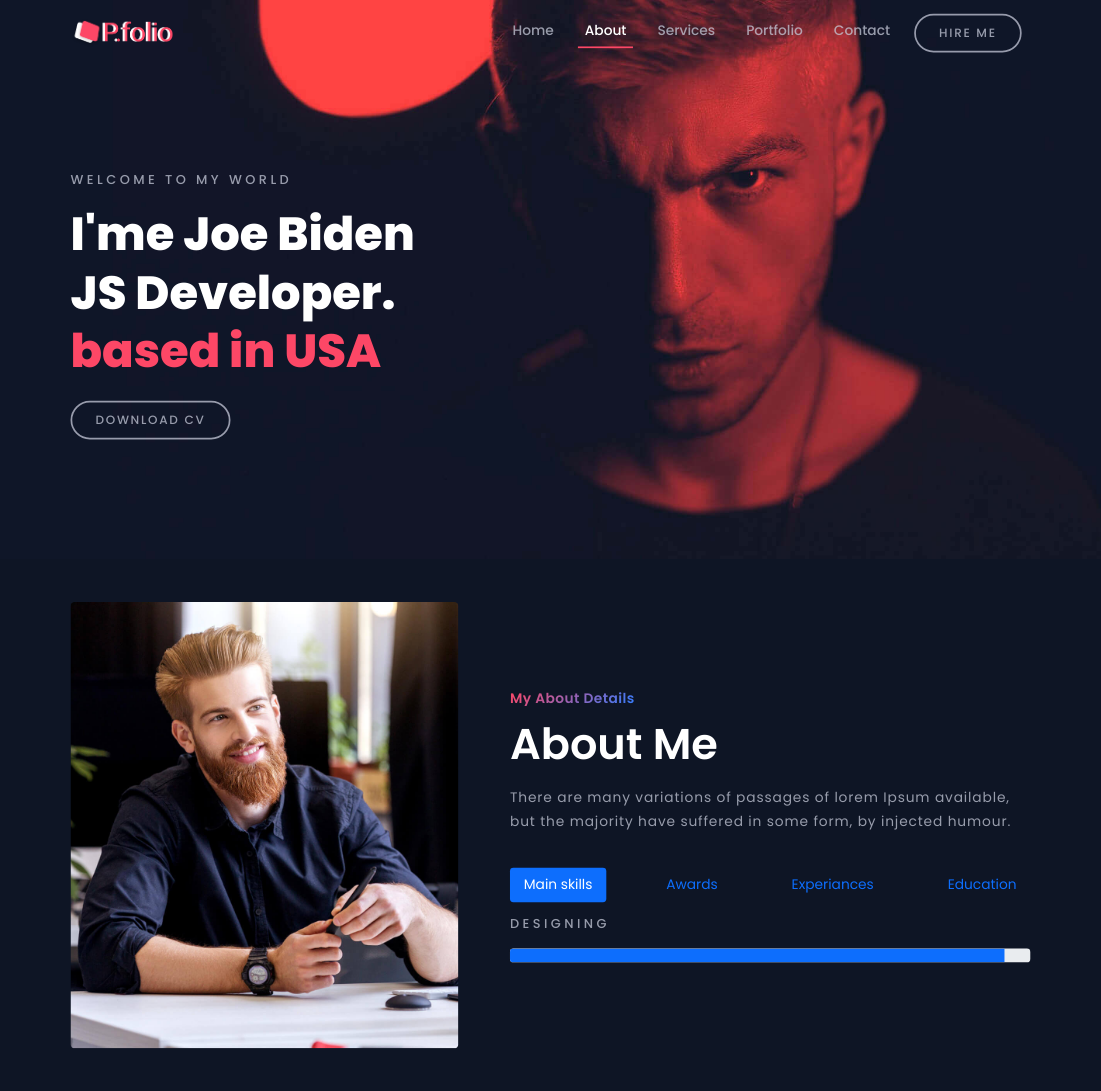
Repository: wadelfadill/Bootstrap_tache_3_responsive_portfolio
Page: index.html
An editor plug-in stored every save of this project. The page is shown before and after the next save, followed by the edit.
The browser window is 1280 px wide. The pictures show the whole page, at 86% of full size.
Backgrounds fixed to the window are drawn as part of the page. Some web libraries are served in a nearby version.

Above is the page before, as saved 2023-04-11 10:03:24.

### index.html
<!DOCTYPE html>
<html lang="en">
<head>
    <meta charset="UTF-8">
    <meta http-equiv="X-UA-Compatible" content="IE=edge">
    <meta name="viewport" content="width=device-width, initial-scale=1.0">
    <title>Bootstrap_Responsive_Portfolio</title>
    <!------ FAVICON ------->
    <link rel="icon" type="image/png" href="images/favicon.png">

    <!------------ Bootstrap link --------------->
    <link href="https://cdn.jsdelivr.net/npm/bootstrap@5.1.3/dist/css/bootstrap.min.css" rel="stylesheet" integrity="sha384-1BmE4kWBq78iYhFldvKuhfTAU6auU8tT94WrHftjDbrCEXSU1oBoqyl2QvZ6jIW3" crossorigin="anonymous">

    <!-------------- Font-awsome script  ------------->
    <script src="https://kit.fontawesome.com/8f130c8a35.js" crossorigin="anonymous"></script>

    <!------------ CSS files link  ------------->
    <link rel="stylesheet" href="css/style.css">
    <link rel="stylesheet" href="css/responsive-style.css">

    <!------------- Google-Font link ---------------->
    <link rel="stylesheet" href="https://fonts.googleapis.com/css2?family=Poppins%3Awght%40100%3B200%3B300%3B400%3B500%3B600%3B700%3B800%3B900&display=swap">
</head>
<body data-bs-spy="scroll" data-bs-target=".navbar" data-bs-offset="75">
    <!------------------------------------------------------>
        <!------------- Navbar Section ----------->
        <header class="header_wrapper">
            <nav class="navbar navbar-expand-lg fixed-top">
                <div class="container">
                  <a class="navbar-brand" href="#">
                    <img src="images/logo.png" alt="logo" class="img-fluid">
                  </a>
                  <button class="navbar-toggler" type="button" data-bs-toggle="collapse" data-bs-target="#navbarNav" aria-controls="navbarNav" aria-expanded="false" aria-label="Toggle navigation">
                    <i class="fa-solid fa-bars-staggered navbar-toggler-icon"></i>
                  </button>
                  <div class="collapse navbar-collapse justify-content-end" id="navbarNav">
                    <ul class="navbar-nav menu-navbar-nav">
                      <li class="nav-item">
                        <a class="nav-link active" aria-current="page" href="#home">Home</a>
                      </li>
                      <li class="nav-item">
                        <a class="nav-link" href="#about">About</a>
                      </li>
                      <li class="nav-item">
                        <a class="nav-link" href="#services">Services</a>
                      </li>
                      <li class="nav-item">
                        <a class="nav-link" href="#portfolio">Portfolio</a>
                      </li>
                      <li class="nav-item">
                        <a class="nav-link" href="#contact">Contact</a>
                      </li>
                      <li class="nav-item mt-3 mt-lg-0">
                        <a class="main-btn" href="#contact">Hire me</a>
                      </li>
                    </ul>
                  </div>
                </div>
              </nav>
        </header>
        <!----------- Navbar section end -------->
    <!------------------------------------------------------>
        <!----------- Banner section ------------->
        <section id="home" class="banner_wrapper">
            <div class="container">
                <div class="row">
                    <div class="col-sm-12 text-center text-md-start">
                        <h6>WELCOME TO MY WORLD</h6>
                        <h1>I'me Joe Biden <br> JS Developer. <span><br>based in USA</span></h1>
                        <div class="mt-4">
                            <a href="" class="main-btn">Download CV</a>
                        </div>
                    </div>
                </div>
            </div>
        </section>
        <!----------- Banner section end --------->
    <!------------------------------------------------------>
        <!----------- About section -------------->
        <section id="about" class="about_wrapper">
            <div class="container">
              <div class="row justify-content-between align-items-center">
                  <div class="col-lg-5 mb-lg-0">
                    <img src="images/about.jpg" alt="about-img" class="img-fluid rounded-3">
                  </div>
                  <div class="col-lg-7 ps-lg-5 text-center text-lg-start">
                    <div class="my-3 my-lg-0">
                      <span class="subtitle">My About Details</span>
                      <h2>About Me</h2>
                      <p>There are many variations of passages of lorem Ipsum available, but the majority have
                        suffered in some form, by injected humour.</p>
                    </div>
                    <div class="pt-4">
                      <ul class="nav nav-pills mb-3 justify-content-center justify-content-lg-between" id="pills-tab" role="tablist">
                        <li class="nav-item" role="presentation">
                          <button class="nav-link active" id="pills-skill-tab" data-bs-toggle="pill" data-bs-target="#pills-skill" type="button" role="tab" aria-controls="pills-skill" aria-selected="true">Main skills</button>
                        </li>
                        <li class="nav-item" role="presentation">
                          <button class="nav-link" id="pills-award-tab" data-bs-toggle="pill" data-bs-target="#pills-award" type="button" role="tab" aria-controls="pills-award" aria-selected="false">Awards</button>
                        </li>
                        <li class="nav-item" role="presentation">
                          <button class="nav-link" id="pills-experiance-tab" data-bs-toggle="pill" data-bs-target="#pills-experiance" type="button" role="tab" aria-controls="pills-experiance" aria-selected="false">Experiances</button>
                        </li>
                        <li class="nav-item" role="presentation">
                          <button class="nav-link" id="pills-education-tab" data-bs-toggle="pill" data-bs-target="#pills-education" type="button" role="tab" aria-controls="pills-education" aria-selected="false">Education</button>
                        </li>
                      </ul>
                      <div class="tab-content" id="pills-tabContent">
                        <div class="tab-pane fade show active" id="pills-skill" role="tabpanel" aria-labelledby="pills-skill-tab" tabindex="0">
                            <div class="single-progress">
                                <h6>Designing</h6>
                                <div class="progress">
                                  <div class="progress-bar" role="progressbar" aria-label="Basic example" style="width: 95%" aria-valuenow="25" aria-valuemin="0" aria-valuemax="100"></div>
                                </div>
                            </div>
                        </div>
                        <div class="tab-pane fade" id="pills-award" role="tabpanel" aria-labelledby="pills-award-tab" tabindex="0">...</div>
                        <div class="tab-pane fade" id="pills-experiance" role="tabpanel" aria-labelledby="pills-experiance-tab" tabindex="0">...</div>
                        <div class="tab-pane fade" id="pills-education" role="tabpanel" aria-labelledby="pills-education-tab" tabindex="0">...</div>
                      </div>
                    </div>
                  </div>
              </div>
            </div>
        </section>
        <!----------- About section end ---------->
    <!------------------------------------------------------->
        <!----------- Services section ----------->

        <!----------- Services section end ------->
    <!------------------------------------------------------->
        <!----------- Portfolio section ---------->

        <!----------- Portfolio section end ----->
    <!------------------------------------------------------->
        <!----------- Contact section ----------->

        <!----------- Contact section end ------->
    <!------------------------------------------------------->
        <!------------ Footer section ----------->

        <!------------ Footer section end ------->
    <!------------------------------------------------------->
        <!-- JS file link -->
        <script src="js/main.js"></script>
        <!---------------- bootstrap script -------------->
        <script src="https://cdn.jsdelivr.net/npm/bootstrap@5.1.3/dist/js/bootstrap.bundle.min.js" integrity="sha384-ka7Sk0Gln4gmtz2MlQnikT1wXgYsOg+OMhuP+IlRH9sENBO0LRn5q+8nbTov4+1p" crossorigin="anonymous"></script>
</body>
</html>

### css/style.css
/* TABLE OF CONTENTS */
/* --------------------
1. General
2.Navbar
3.Banner
4.About
5.Services
6.Portfolio
7.contact
8.Footer
---------------------- */

/* 1. General */
@import url('https://fonts.googleapis.com/css2?family=Poppins%3Awght%40100%3B200%3B300%3B400%3B500%3B600%3B700%3B800%3B900&display=swap');

*{
    box-sizing: border-box;
    margin: 0;
    padding: 0;
}
:root{
    /* Background Color */
    --primary-color:#FD4766;
    --secondary-color:#0e1525;
    --bg-dark-blue:#091020;
    --bg-white:#fff;
    --gray-color:#c6c9d8bf;
    --gradient-color: linear-gradient(-224deg, var(--primary-color) 0, #337Dff 100%);
    --gradient-text: linear-gradient(120deg, #1C99FE 20.69%, #7644FF 50.19%, var(--primary-color) 79.69%);
    filter: progid:DXImageTransform.Microsoft.gradient(startColorstr='var(--primary-color)', endColorstr='var(--secondary-color)', GradientType=1);

    /* Text Color */
    --primary-font: 'Poppins', 'sans-serif';
    --primary-text: #FD4766;
    --text-gray: #c6c9d8bf;
    --text-white:#fff;

}

body{
    font-family: var(--primary-font);
    background-color: var(--secondary-color);
}
a{
    text-decoration: none;
}

/* 1 custom css */
::-webkit-scrollbar{
    width: 6px;
}
::-webkit-scrollbar-track{
    background: var(--bg-dark-blue);
}
::-webkit-scrollbar-thumb{
    background: var(--primary-color);
}
input[type=number]::-webkit-inner-spin-button,
input[type=number]::-webkit-outer-spin-button{
    -webkit-appearance: none;
    margin: 0;
}

section{
    padding: 50px 0;
}
.main-btn{
    display: inline-block;
    border-radius: 50px;
    transition: all .4s ease-in-out;
    padding: 10px 27px;
    background-color: transparent;
    border: 2px solid var(--gray-color);
    color: var(--text-gray);
    font-weight: 500;
    font-size: 14px;
    text-transform: uppercase;
    letter-spacing: 2px;
    text-decoration: none;
}
.main-btn:hover{
    background-color: var(--primary-color);
    border-color: var(--primary-color);
    color: var(--text-white);

}
h1{
    font-size: 54px;
    line-height: 68px;
    font-weight: 800;
    color: var(--text-white);
    margin-bottom: 20px;
}
h1 span{
    color: var(--primary-color);
}
h2{
    font-size: 50px;
    line-height: 1.3;
    font-weight: 600;
    color: var(--text-white);
    margin-bottom: 15px;
}
h3{
    font-size: 20px;
    font-weight: 800;
    color: var(--text-white);
    margin-bottom: 19px;
}
h6{
    font-size: 15px;
    text-transform: uppercase;
    letter-spacing: 4px;
    display: block;
    color: var(--text-gray);
    margin-bottom: 20px;
}

p{
    color: var(--text-gray);
    font-size: 16px;
    line-height: 28px;
    letter-spacing: 1px;
    font-weight: 400;
}

.subtitle{
    display: inline-block;
    font-weight: 600;
    letter-spacing: 0.5px;
    line-height: 18px;
    font-size: 16px;
    margin-bottom: 12px;
    background: var(--gradient-color);
    -webkit-background-clip: text;
    -webkit-text-fill-color: transparent;
}
input:hover,
input:focus,
textarea:hover,
textarea:focus,
button{
    outline: none !important;
    box-shadow: none !important;
}

/* 2. Navbar */
.header_wrapper .navbar{
    padding: 15px 0;
    -webkit-transition: all .2s linear;
    -o-transition: all .2s linear;
    transition: all .2s linear;

}
.header_wrapper .navbar-brand img{
    max-width: 120px;
    height: auto;
}
.header_wrapper .navbar-toggler{
    border: 0;
    color: var(--gray-color);
    line-height: 2;
}
.header_wrapper .navbar-toggler:focus{
    box-shadow: none;
}
.header_wrapper .nav-item{
    margin: 0 10px;
}
.header_wrapper .nav-item .nav-link{
    position: relative;
    font-size: 16px;
    font-weight: 500;
    color: var(--text-gray);
    display: inline-block;
}
.header_wrapper .nav-item .nav-link::after{
    position: absolute;
    content: '';
    left: 0;
    width: 0;
    height: 2px;
    background: var(--primary-color);
    transition: 0.3s;
    bottom: 0;
}
.header_wrapper .nav-item .nav-link.active::after,
.header_wrapper .nav-item .nav-link:hover::after{
    width: 100%;

}
.header_wrapper .nav-item .nav-link.active,
.header_wrapper .nav-item .nav-link:hover{
     color: var(--text-white);
}
.header-scrolled{
    position: fixed;
    top: 0;
    left: 0;
    width: 100%;
    background-color: var(--bg-dark-blue);
    -webkit-box-shadow: 0 4px 6px 0 rgba(12, 0, 46, .05);
    box-shadow: 0 4px 6px 0 rgba(12, 0, 46, .05);
}
.header-scrolled .nav-item .nav-link.active,
.header-scrolled .nav-item .nav-link:hover{
     color: var(--primary-text);
}
/* 3. Banner */
.banner_wrapper{
    width: 100%;
    height: auto;
    min-height: 650px;
    background-image: url('../images/bg-image.jpg');
    background-repeat: no-repeat;
    background-position: center center;
    background-size: cover;
    background-attachment: fixed;
    padding: 200px 0 100px 0;
}

### css/responsive-style.css
@media (max-width:991px){

    /* Custom css */
    section{
        padding: 30px 0;
    }
    h2{
        font-size: 30px;
        line-height: 40px;
    }
    h3{
        font-size: 20px;
    }
    /* 2. Navbar */
    .header-scrolled{
        height: auto;
    }
    .header_wrapper .menu-navbar-nav{
        text-align: center;
        background-color: var(--bg-dark-blue);
        padding-bottom: 15px;
    }
    .header_wrapper .nav-item .nav-link{
        margin-top: 15px;
    }
    /* banner wrapper */
    .banner_wrapper{
        padding: 200px 0;
    }
}



@media (max-width:767px){
    /* Custom css */
    section{
        padding: 30px 0;
    }
    h1{
        font-size: 40px;
        line-height: 48px;
    }
    h2{
        font-size: 25px;

    }
    p{
        font-size: 13px;
        line-height: 24px;
    }
}

### js/main.js
//Header Scroll
let nav = document.querySelector(".navbar");
window.onscroll = function () {
    if(document.documentElement.scrollTop > 20){
        nav.classList.add("header-scrolled");
    }else{
        nav.classList.remove("header-scrolled");
    }
}

// nav hide
let navBar = document.querySelectorAll(".nav-link");
let navCollapse = document.querySelector(".navbar-collapse.collapse");
navBar.forEach(function(a){
    a.addEventListener("click", function(){
        navCollapse.classList.remove("show")
    })
})

After the next save:
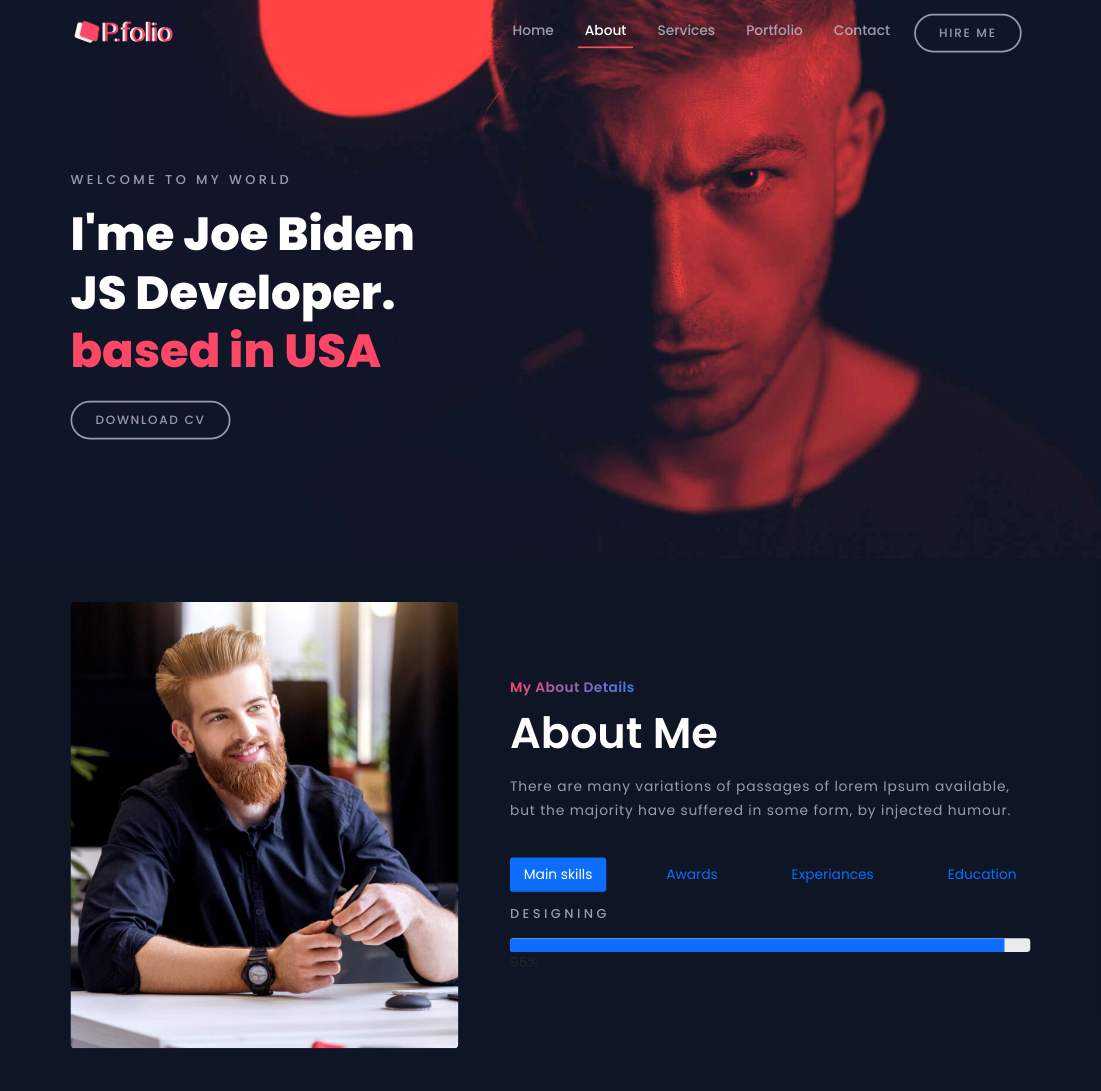
Saved 2 min 35 s later.
--- a/index.html
+++ b/index.html
@@ -112,6 +112,7 @@
                                 <div class="progress">
                                   <div class="progress-bar" role="progressbar" aria-label="Basic example" style="width: 95%" aria-valuenow="25" aria-valuemin="0" aria-valuemax="100"></div>
                                 </div>
+                                <span class="lable">95%</span>
                             </div>
                         </div>
                         <div class="tab-pane fade" id="pills-award" role="tabpanel" aria-labelledby="pills-award-tab" tabindex="0">...</div>
